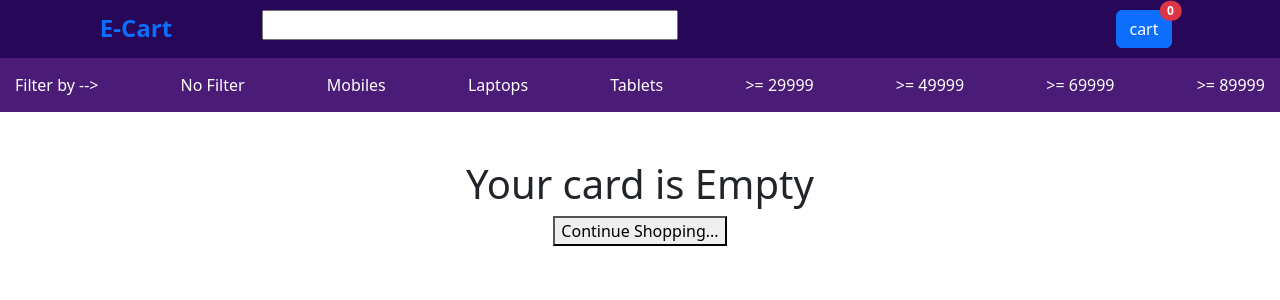
Repository: AMIT1439027/React-ECommerce-cart
Page: /cart
An editor plug-in stored every save of this project. The page is shown before and after a run of saves, followed by the edit.
The browser window is 1280 px wide. The pictures show the whole page.
The project was rebuilt for these pictures with package versions that can differ from the ones it lists, and the page was loaded fresh each time. Also part of the build but not shown: vite.config.js, src/components/Product.jsx, src/components/ProductDetail.jsx, src/components/Searchitem.jsx.

Above is the page before, as saved 2024-03-14 10:44:08.

### index.html
<!doctype html>
<html lang="en">
  <head>
    <meta charset="UTF-8" />
    <link rel="icon" type="image/svg+xml" href="/vite.svg" />
    <meta name="viewport" content="width=device-width, initial-scale=1.0" />
    <title>React E-Cart</title>
    <link href="https://cdn.jsdelivr.net/npm/bootstrap@5.3.3/dist/css/bootstrap.min.css" rel="stylesheet" integrity="sha384-QWTKZyjpPEjISv5WaRU9OFeRpok6YctnYmDr5pNlyT2bRjXh0JMhjY6hW+ALEwIH" crossorigin="anonymous">
  </head>
  <body>
    <div id="root"></div>
    <script type="module" src="/src/main.jsx"></script>
  </body>
</html>

### src/App.jsx
import React, { useState } from "react";
import { BrowserRouter as Router, Routes, Route } from "react-router-dom";
import Navbar from "./components/Navbar";
import Product from "./components/Product";
import ProductDetail from "./components/ProductDetail";
import Searchitem from "./components/Searchitem";
import Cart from "./components/Cart";
import { items } from "./components/Data";

const App = () => {
  const [data, setData] = useState([...items]);
  const [cart, setCart] = useState([]);
  return (
    <>
      <Router>
        <Navbar cart={cart} setData={setData} />
        <Routes>
          <Route
            path="/"
            element={<Product cart={cart} setCart={setCart} items={data} />}
          />
          <Route path="/cart" element={<Cart cart={cart} setCart={setCart} />} />
          {/* Dynamic Routes  */}
          <Route path="/product/:id" element={<ProductDetail />} />
          <Route path="/search/:term" element={<Searchitem />} />
        </Routes>
      </Router>
    </>
  );
};

export default App;

### src/index.css
.nav-bar{
    display: flex;
    justify-content: space-between;
    background-color: #270858;
    padding: 10px;

    color: white;
}
.brand{
    font-weight: bolder;
    width: 20%;
    text-align: center;
    font-size: 1.5rem;
    text-decoration: none;
}

.search-bar{
    width: 60%;

}
.search-bar input{
    width: 55%;
    /* text-align: center; */
}

input::placeholder{
    padding: 10px;
    font-weight: bold;
}
.cart{
    width: 20%;
    text-align: center;
    font-weight: 1.5rem;
    text-decoration: none;
    color:white;
}
.nav-bar-wrapper{
    display: flex;
    justify-content: space-between;
    padding: 15px;
    background-color:#4b1b78;
    color:white

    /* font-weight: bold; */
}

.img{
    display: flex;
    justify-content: center;
    align-items:center ;

}

.img img{
    width: 350px;
    height: 350px;
}

.con{
    display: flex;
    justify-content: center;
    align-items:center;
    gap:4rem;

}

### src/components/Navbar.jsx
import React, { useState } from "react";
import { Link, useNavigate } from "react-router-dom";
import { items } from "./Data";

const Navbar = ({ setData , cart}) => {
 const [searchTerm, setSearchTerm] = useState(" ")
 const navigate = useNavigate();

  const filterByCategory = (category) => {
    const element = items.filter((product) => product.category === category);
    setData(element);
  };

  const filterByPrice = (price) =>{
    const element = items.filter((product)=>product.price >= price)
    setData(element)
  }

  const  handleSubmit = (e)=>{
    e.preventDefault();
    navigate(`/search/${searchTerm}`)
    setSearchTerm("")
  }
  return (
    <>
      <header className="sticky-top">
        <div className="nav-bar">
          <Link to={"/"} className="brand">
            E-Cart
          </Link>
          <form
          // onClick={handleSubmit}
          onSubmit={handleSubmit}
          className="search-bar">

            <input
            value={searchTerm}
            onChange={(e)=>setSearchTerm(e.target.value)}
            type="text"
            placeholder="Search Products"
            />
          </form>
          <Link to={"/cart"} className="cart">
          <button type="button" className="btn btn-primary position-relative">
 cart
  <span className="position-absolute top-0 start-100 translate-middle badge rounded-pill bg-danger">
    {cart.length}
    <span className="visually-hidden">unread messages</span>
  </span>
</button>
          </Link>
        </div>

        <div className="nav-bar-wrapper">
          <div className="items">Filter by -{"->"}</div>
          <div onClick={()=>setData(items)}
           className="items">No Filter</div>

          <div onClick={() => filterByCategory("mobiles")} className="items">
            Mobiles
          </div>
          <div onClick={() => filterByCategory("laptops")}
           className="items">Laptops</div>
          <div  onClick={() => filterByCategory("tablets")}
          className="items">Tablets</div>

          <div  onClick={()=>filterByPrice(29999)}
          className="items">{">="} 29999</div>
          <div onClick={()=>filterByPrice(49999)}
          className="items">{">="} 49999</div>
          <div onClick={()=>filterByPrice(69999)}
          className="items">{">="} 69999</div>
          <div onClick={()=>filterByPrice(89999)}
          className="items">{">="} 89999</div>
        </div>
      </header>
    </>
  );
};

export default Navbar;

### src/components/Cart.jsx
import React from "react";

const Cart = ({ cart, setCart }) => {
  return (
    <>
      <div className="container my-5" style={{ width: "54%" }}>
        {cart.length == 0 ? (
          <>
            <div className="text-center">
              <h1>Your card is Empty</h1>
              <button>Continue Shopping...</button>
            </div>
          </>
        ) : (
          cart.map((product) => {
            return (
              <>
                <div className="card mb-3 my-5" style={{ width: "700px" }}>
                  <div className="row g-0">
                    <div className="col-md-4">
                      <img
                        src={product.imgSrc}
                        className="img-fluid rounded-start"
                        alt="..."
                      />
                    </div>
                    <div className="col-md-8">
                      <div className="card-body text-center ">
                        <h5 className="card-title">{product.title}</h5>
                        <p className="card-text">{product.description}</p>
                        <button className="btn btn-primary mx-3">
                          {product.price} ₹
                        </button>
                        <button className="btn btn-warning">Buy Now</button>
                      </div>
                    </div>
                  </div>
                </div>
              </>
            );
          })
        )}
      </div>
    </>
  );
};

export default Cart;

### src/components/Data.jsx
export const items =  [
    {
      id: 1,
      category: 'mobiles',
      title: "Apple iPhone 14",
      imgSrc: 'https://m.media-amazon.com/images/I/71xb2xkN5qL._SL1500_.jpg',
      amazonLink: 'https://amzn.to/3PuckZp',
      description: 'Apple iPhone 14 (128 GB) - Blue',
      price: '89999',
    },
    {
      id: 5,
      category: 'laptops',
      title: "Xiaomi [Smartchoice] Notebookpro",
      imgSrc: 'https://m.media-amazon.com/images/I/71TPda7cwUL._SL1500_.jpg',
      amazonLink: 'https://amzn.to/3EzeQaC',
      description: 'Xiaomi [Smartchoice] Notebookpro ',
      price: '49999',
    },
    {
      id: 7,
      category: 'tablets',
      title: "Xiaomi Pad 6",
      imgSrc: 'https://m.media-amazon.com/images/I/51b9LjzmPCL._SL1080_.jpg',
      amazonLink: 'https://amzn.to/3ZeNRdY',
      description: 'Xiaomi Pad 6| Qualcomm Snapdragon 870| ',
      price: '29999',
    },
    {
      id: 2,
      category: 'mobiles',
      title: "Apple iPhone 11",
      imgSrc: 'https://m.media-amazon.com/images/I/71xb2xkN5qL._SL1500_.jpg',
      amazonLink: 'https://amzn.to/44MiYi6',
      description: 'Apple iPhone 11 (64GB) - White',
      price: '79999',
    },
    {
      id: 6,
      category: 'tablets',
      title: "Lenovo Tab P12 Pro AMOLED",
      imgSrc: 'https://m.media-amazon.com/images/I/51b9LjzmPCL._SL1080_.jpg',
      amazonLink: 'https://amzn.to/3RabsdH',
      description: 'Lenovo Tab P12 Pro AMOLED (12.6 inch (32 cm), 8 GB, 256 GB, Wi-fi Only), Storm Grey with Precision Pen 3',
      price: '19999',
    },
    {
      id: 3,
      category: 'mobiles',
      title: "Apple iPhone 13",
      imgSrc: 'https://m.media-amazon.com/images/I/71xb2xkN5qL._SL1500_.jpg',
      amazonLink: 'https://amzn.to/3r6XJtv',
      description: 'Apple iPhone 13 (128GB) - Blue',
      price: '69999',
    },
    {
      id: 4,
      category: 'laptops',
      title: "Lenovo IdeaPad Slim 5 ",
      imgSrc: 'https://m.media-amazon.com/images/I/71TPda7cwUL._SL1500_.jpg',
      amazonLink: 'https://amzn.to/44JsK4r',
      description: 'Lenovo IdeaPad Slim 5 Intel Core i5 12450H 14" (35.5cm) ',
      price: '29999',
    },
    {
      id: 9,
      category: 'tablets',
      title: "Samsung Galaxy Tab A8",
      imgSrc: 'https://m.media-amazon.com/images/I/51b9LjzmPCL._SL1080_.jpg',
      amazonLink: 'https://amzn.to/3Pdsh4F',
      description: 'Samsung Galaxy Tab A8 26.69cm (10.5 inch) Display, RAM 4 GB, ROM 64 GB Expandable, Wi-Fi Tablet, Gray, (SM-X200NZAEINU)',
      price: '49999',
    },
    {
      id: 8,
      category: 'laptops',
      title: "Apple MacBook Air Laptop",
      imgSrc: 'https://m.media-amazon.com/images/I/71TPda7cwUL._SL1500_.jpg',
      amazonLink: 'https://amzn.to/3r9rvhm',
      description: 'Apple MacBook Air Laptop M1 chip, 13.3-inch/33.74 cm Retina Display, ',
      price: '89999',
    },


  ]

Loaded but not shown: src/main.jsx (common file)

After the next 2 saves:
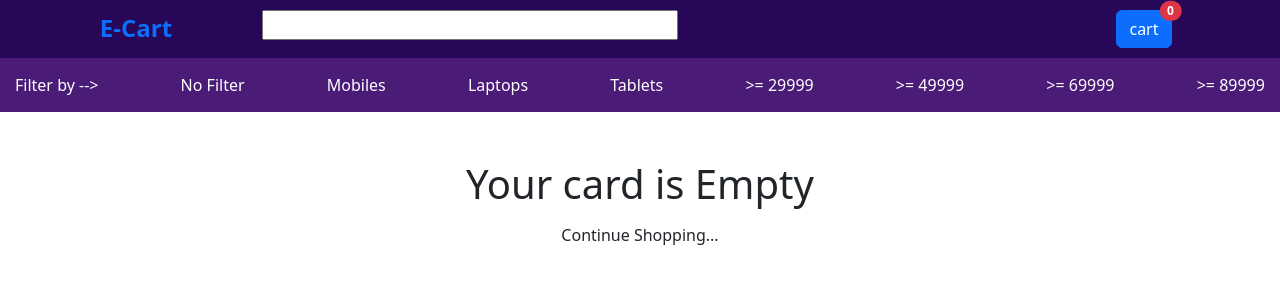
The 2 saves are shown as one change because they came seconds apart.
The last was saved 7 s later.
--- a/src/components/Cart.jsx
+++ b/src/components/Cart.jsx
@@ -8,7 +8,7 @@ const Cart = ({ cart, setCart }) => {
           <>
             <div className="text-center">
               <h1>Your card is Empty</h1>
-              <button>Continue Shopping...</button>
+              <button className="btn ">Continue Shopping...</button>
             </div>
           </>
         ) : (
